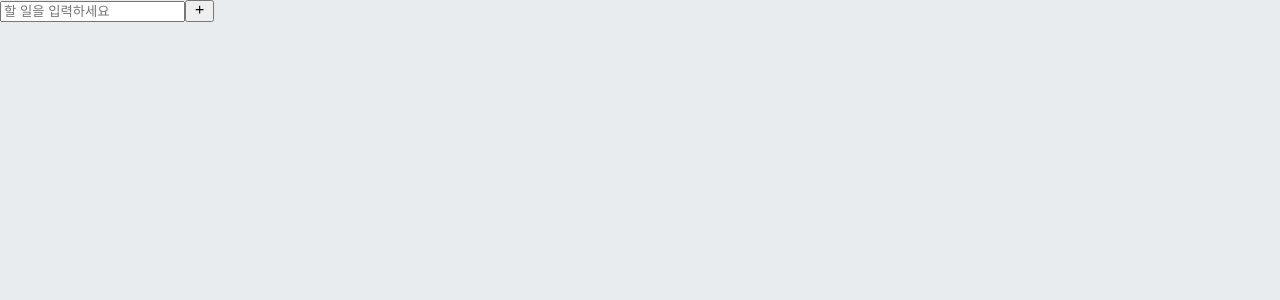
Repository: dhchun1203/React-TodoList-Project
Page: /
An editor plug-in stored every save of this project. The page is shown before and after a run of saves, followed by the edit.
The browser window is 1280 px wide. The pictures show the whole page.
The project was rebuilt for these pictures with package versions that can differ from the ones it lists, and the page was loaded fresh each time. Also part of the build but not shown: src/components/TodoInsert.scss.

Above is the page before, as saved 2021-02-16 12:25:58.

After the next 3 saves:
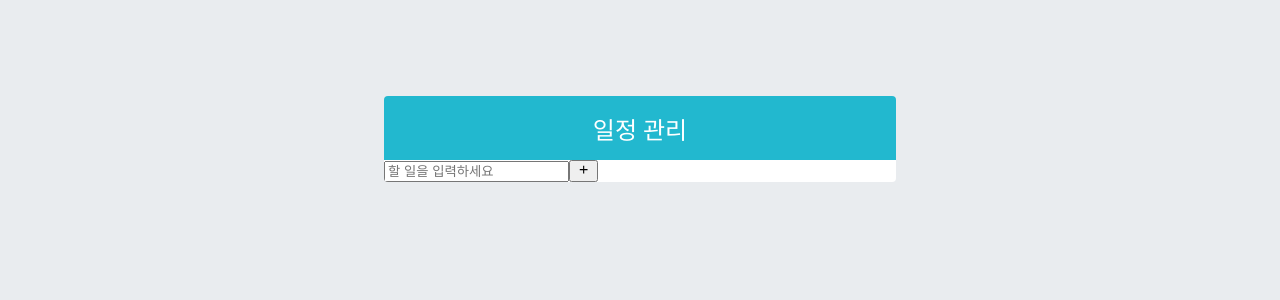
The 3 saves are shown as one change because 2 did not build or start.
The last was saved 2 min 20 s later.
--- a/src/App.js
+++ b/src/App.js
@@ -3,7 +3,11 @@ import TodoInsert from './components/TodoInsert';
 import TodoTemplate from './TodoTemplate';
 
 const App = () => {
-  return <TodoInsert />;
+  return (
+    <TodoTemplate>
+      <TodoInsert />
+    </TodoTemplate>
+  );
 };
 
 export default App;
